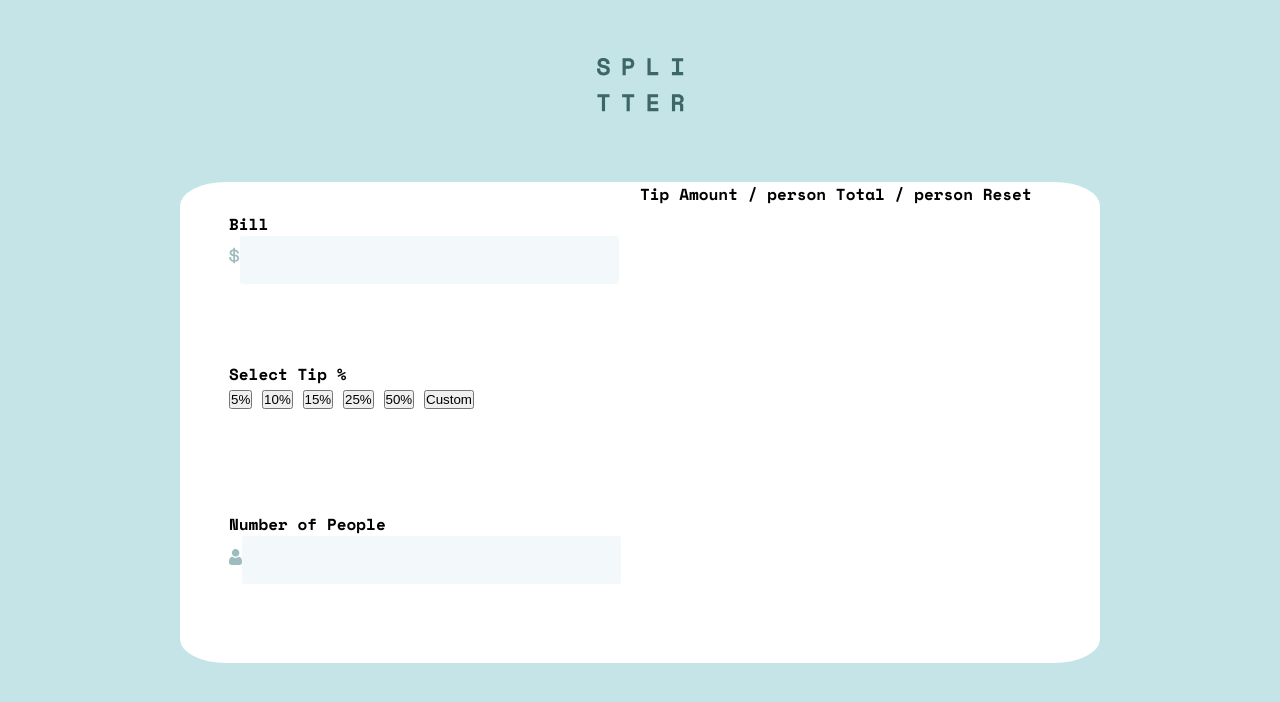
Repository: Arkitecth/tip-calculator
Page: index.html
The author's editor kept a copy of each file at every save. The page is drawn from the files as they stood at one save, then again after the next save.
The browser window is 1280 px wide. The pictures show the whole page.

Above is the page before, as saved 2023-06-09 16:39:49.

### index.html
<!DOCTYPE html>
<html lang="en">
<head>
  <meta charset="UTF-8">
  <meta name="viewport" content="width=device-width, initial-scale=1.0"> <!-- displays site properly based on user's device -->

  <link rel="icon" type="image/png" sizes="32x32" href="./images/favicon-32x32.png">
  <link rel="stylesheet" href="styles.css">
  <title>Tip calculator app</title>

</head>
<body>

  <main>
    <img src="images/logo.svg" alt="logo">
      <div class="app">
        <div class="entry">
          <div class="bill-entry">
            <p>Bill</p>
            <img src="images/icon-dollar.svg" alt="dollar sign"><input class="entry-input" type="text" name="Bill" id="Bill">
          </div>

          <div class="tip-entry">
            <p>Select Tip %</p>
            <input type="button" value="5%">
            <input type="button" value="10%">
            <input type="button" value="15%">
            <input type="button" value="25%">
            <input type="button" value="50%">
            <input type="button" value="Custom">
          </div>

          <div class="people-entry">
            <p>Number of People</p>
            <img src="images/icon-person.svg" alt="person sign"><input class="entry-input" type="text" name="people-entry" id="people-entry">
          </div>

        </div>

        <div class="result">
          Tip Amount
          / person

          Total
          / person

          Reset
        </div>


  </div>
  </main>





</body>
</html>

### styles.css
@import url('https://fonts.googleapis.com/css2?family=Space+Mono:wght@700&display=swap');
* {
    margin: 0;
    padding: 0;
}

/* Main Styling */
body {
    background-color: #C5E4E7;
    font-family: 'Space Mono', monospace;
}

main {
    display: flex;
    flex-direction: column;
    justify-content: center;
    align-items: center;
    align-content: center;
    height: 100vh;
    gap: 70px;
}

/* App Styling */

.app {
    width: 920px;
    height: 481px;
    background-color: white;
    border-radius: 5%;
    display: grid;
    grid-template-columns: 1fr 1fr;
}

/* Entry Styling */

.entry {
    display: grid;
    padding-top: 30px;
    grid-template-rows: 1fr 1fr 1fr;
    padding-left: 30px;
    justify-content: center;
}

.entry-input {
    border: none;
    background-color:#f3F9FA;
    width: 379px;
    height: 48px;
    border-radius: 2%;

}

/* Bill Styling */

After the next save:
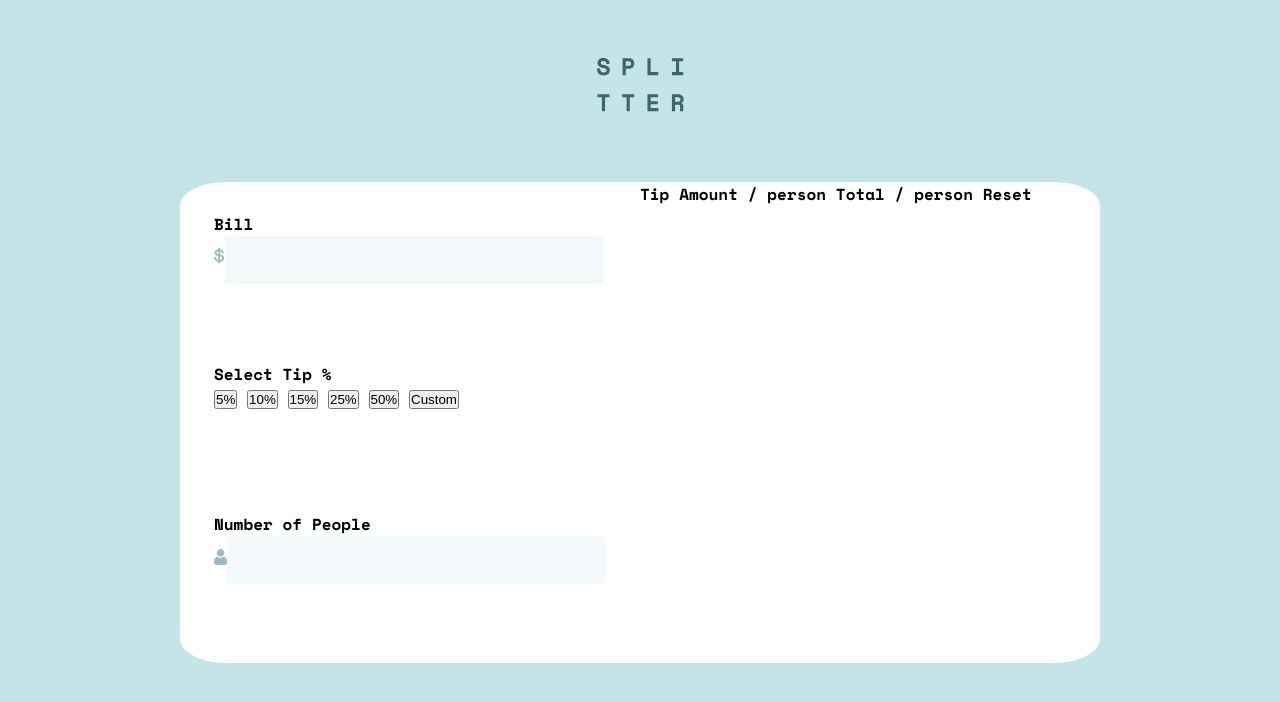
Saved 10 s later.
--- a/styles.css
+++ b/styles.css
@@ -37,7 +37,7 @@
     display: grid;
     padding-top: 30px;
     grid-template-rows: 1fr 1fr 1fr;
-    padding-left: 30px;
+    /* padding-left: 30px; */
     justify-content: center;
 }
 

After the save that followed:
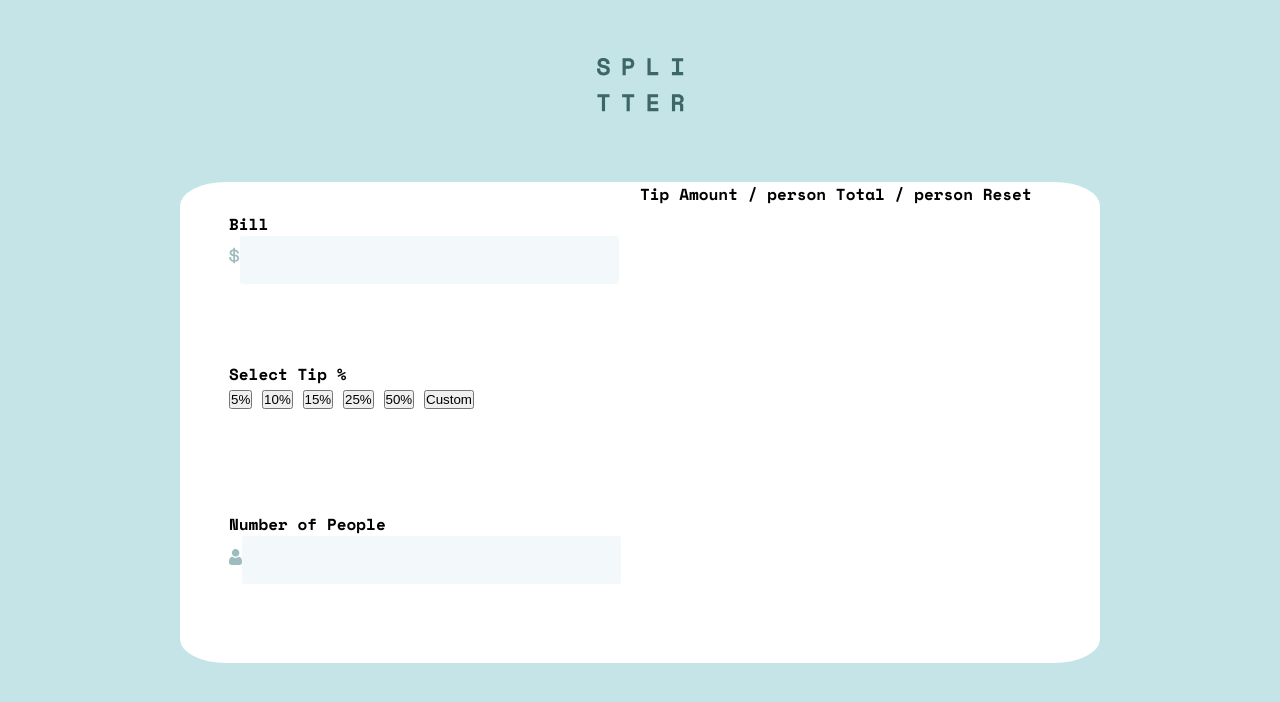
Saved 7 s later.
--- a/styles.css
+++ b/styles.css
@@ -37,7 +37,7 @@
     display: grid;
     padding-top: 30px;
     grid-template-rows: 1fr 1fr 1fr;
-    /* padding-left: 30px; */
+    padding-left: 30px;
     justify-content: center;
 }
 
